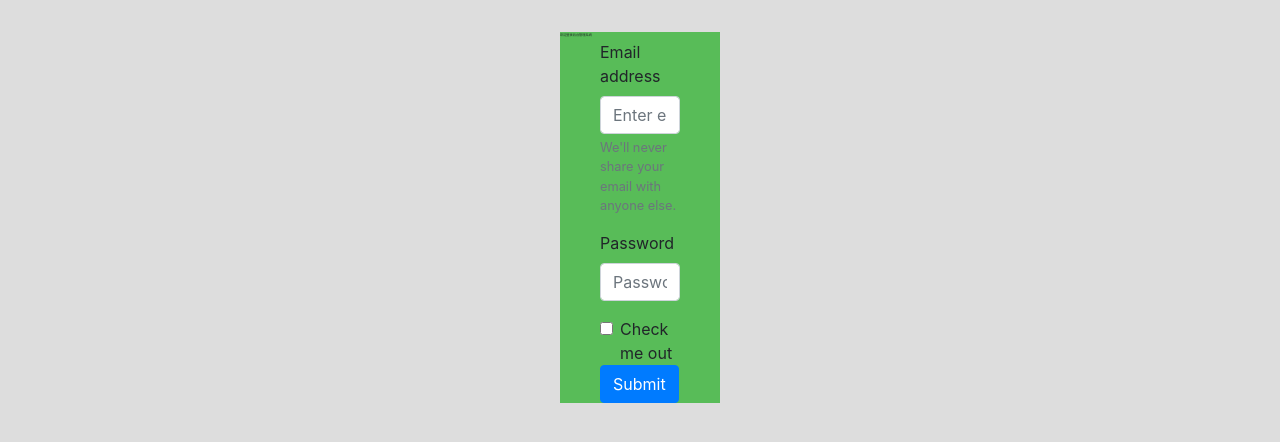
Repository: gzh51904/baiyangApp
Page: / (app in houtai/Vue-admin/)
These files come from the project's save history. The page is drawn as it stood at one moment and after the next save; the edit follows.
The browser window is 1280 px wide. The pictures show the whole page.
The project was rebuilt for these pictures with package versions that can differ from the ones it lists, and the page was loaded fresh each time. Also part of the build but not shown: houtai/Vue-admin/vue.config.js.

Above is the page before, as saved 2019-05-11 09:47:49.

### houtai/Vue-admin/public/index.html
<!DOCTYPE html>
<html lang="en">
  <head>
    <meta charset="utf-8">
    <meta http-equiv="X-UA-Compatible" content="IE=edge">
    <meta name="viewport" content="width=device-width,initial-scale=1.0">
    <link rel="icon" href="<%= BASE_URL %>favicon.ico">
    <title>secco-admin</title>
    <style>
    html,body{
      width:100%;
      height:100%;
    }

    </style>
  </head>
  <body>

    <div id="app"></div>
    <!-- built files will be auto injected -->
  </body>
</html>

### houtai/Vue-admin/src/main.js
import Vue from 'vue'
import App from './App.vue'
import router from './router/router'
import store from './store'

// import axios from "axios";
// Vue.prototype.$axios = axios;

// import bootstrap lib to the project,没有路径就会直接去找node_modules
import "bootstrap";

import 'lib-flexible';
Vue.config.productionTip = false

new Vue({
  router,
  store,
  render: h => h(App)
}).$mount('#app')

### houtai/Vue-admin/src/App.vue
<template>
  <div id="app">

    <router-view/>
  </div>
</template>
<script>
export default {

}
</script>

<style>
@import  '../node_modules/bootstrap/dist/css/bootstrap.css';

#app{
  height:100%;
  width:100%;
  background-color: #ddd;
  overflow:hidden;
}
</style>

### houtai/Vue-admin/src/router/router.js
import Vue from 'vue'
import Router from 'vue-router'
import Login from '../pages/login.vue'


Vue.use(Router)

export default new Router({
  mode: 'history',
  base: process.env.BASE_URL,
  routes: [
    {
      path: '/',
      name: 'Login',
      component: Login
    },
    {
      path: '/admin',
      name: 'admin',
      meta: {
        requireAuth: true
      },
      // route level code-splitting
      // this generates a separate chunk (about.[hash].js) for this route
      // which is lazy-loaded when the route is visited.
      component: () => import(/* webpackChunkName: "about" */ '../pages/admin/admin.vue'),
      children: [
        {
          path: 'goods',
          name: 'goods',
          title: '商品管理',
          component: () => import('../pages/admin/goods/goods'),//路径要自己改
          children:[
            {
              path: 'list',
              name: 'list',
              title: '商品列表',
              component: () => import('../pages/admin/goods/list'),//路径要自己改
            },
            {
              path: 'categories',
              name: 'categories',
              title: '商品分类',
              component: () => import('../pages/admin/goods/categories'),//路径要自己改
            },
            {
              path: 'addgoods',
              name: 'addgoods',
              title: '添加商品',
              component: () => import('../pages/admin/goods/addgoods'),//路径要自己改
            },
          ]
        },
        {
          path: 'users',
          name: 'users',
          title: '用户管理',
          component: () => import('../pages/admin/users/users'),//路径要自己改
          children:[
            {
              path: 'list',
              name: 'list',
              title: '用户列表',
              component: () => import('../pages/admin/users/list'),//路径要自己改
            },
            {
              path: 'adduser',
              name: 'adduser',
              title: '添加用户',
              component: () => import('../pages/admin/users/adduser'),//路径要自己改
            },

          ]
        },
      ]
    }
  ]
})

### houtai/Vue-admin/src/store/index.js
import Vue from 'vue'
import Vuex from 'vuex'
import createPersistedState from 'vuex-persistedstate'

Vue.use(Vuex)

/* eslint-disable no-new */
const store = new Vuex.Store({
  plugins: [createPersistedState()],
  modules: {
  }
})

export default store

### houtai/Vue-admin/src/pages/login.vue
<template>
<div class="login">
    <h3>欢迎登录后台管理系统</h3>
    <form class="login-form">
  <div class="form-group">
    <label for="exampleInputEmail1">Email address</label>
    <input type="email" class="form-control" id="exampleInputEmail1" aria-describedby="emailHelp" placeholder="Enter email">
    <small id="emailHelp" class="form-text text-muted">We'll never share your email with anyone else.</small>
  </div>
  <div class="form-group">
    <label for="exampleInputPassword1">Password</label>
    <input type="password" class="form-control" id="exampleInputPassword1" placeholder="Password">
  </div>
  <div class="form-check">
    <input type="checkbox" class="form-check-input" id="exampleCheck1">
    <label class="form-check-label" for="exampleCheck1">Check me out</label>
  </div>
  <button type="submit" class="btn btn-primary">Submit</button>
</form>
</div>
</template>
<script>
export default {

}
</script>
<style lang="scss" scoped>
.login{
    margin: 2rem auto;
    overflow:hidden;
    width: 10rem;
    /* height:5rem; */
    background-color:#58bc58;
    padding-top:.013333rem;
    h3{
        margin: .133333rem auto;
        font-size: .2rem;
    }
    .login-form{
        width:5rem;
        margin:0px auto;
    }
}
</style>

After the next save:
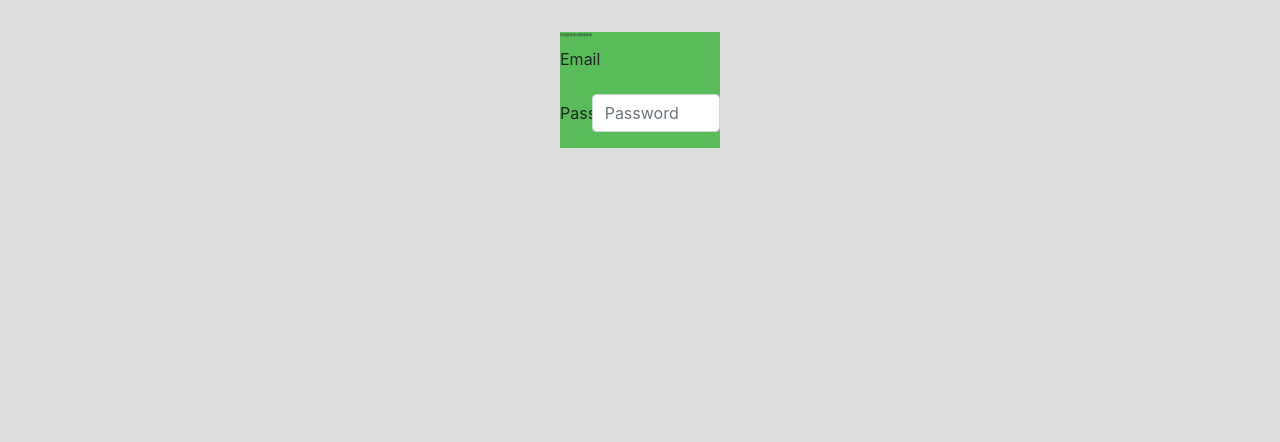
Saved 6 min 4 s later.
--- a/houtai/Vue-admin/src/pages/login.vue
+++ b/houtai/Vue-admin/src/pages/login.vue
@@ -1,22 +1,23 @@
 <template>
 <div class="login">
     <h3>欢迎登录后台管理系统</h3>
-    <form class="login-form">
-  <div class="form-group">
-    <label for="exampleInputEmail1">Email address</label>
-    <input type="email" class="form-control" id="exampleInputEmail1" aria-describedby="emailHelp" placeholder="Enter email">
-    <small id="emailHelp" class="form-text text-muted">We'll never share your email with anyone else.</small>
+
+<form>
+  <div class="form-group row">
+    <label for="staticEmail" class="col-sm-2 col-form-label">Email</label>
+    <div class="col-sm-10">
+      <input type="text" readonly class="form-control-plaintext" id="username" >
+    </div>
   </div>
-  <div class="form-group">
-    <label for="exampleInputPassword1">Password</label>
-    <input type="password" class="form-control" id="exampleInputPassword1" placeholder="Password">
+  <div class="form-group row">
+    <label for="inputPassword" class="col-sm-2 col-form-label">Password</label>
+    <div class="col-sm-10">
+      <input type="password" class="form-control" id="inputPassword" placeholder="Password">
+    </div>
   </div>
-  <div class="form-check">
-    <input type="checkbox" class="form-check-input" id="exampleCheck1">
-    <label class="form-check-label" for="exampleCheck1">Check me out</label>
-  </div>
-  <button type="submit" class="btn btn-primary">Submit</button>
 </form>
+
+
 </div>
 </template>
 <script>
